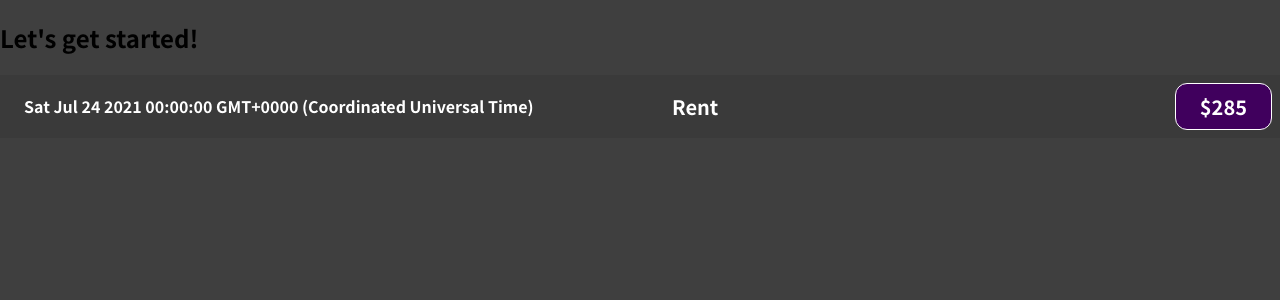
Repository: pial0007l/React
Page: / (app in 01-starting-setup/)
The author's editor kept a copy of each file at every save. The page is drawn from the files as they stood at one save, then again after the next save.
The browser window is 1280 px wide. The pictures show the whole page.
The project was rebuilt for these pictures with package versions that can differ from the ones it lists, and the page was loaded fresh each time.

Above is the page before, as saved 2021-06-24 12:47:14.

### 01-starting-setup/src/App.js
import ExpenseItem from './components/ExpenseItem'

function App() {
  const expenses = [
    {
      id: 'e1',
      title: 'Toilet Paper',
      amount: 94.12,
      date: new Date(2020, 7, 14),
    },
    { id: 'e2', title: 'New TV', amount: 799.49, date: new Date(2021, 2, 12) },
    {
      id: 'e3',
      title: 'Car Insurance',
      amount: 294.67,
      date: new Date(2021, 2, 28),
    },
    {
      id: 'e4',
      title: 'New Desk (Wooden)',
      amount: 450,
      date: new Date(2021, 5, 12),
    },
  ];
  return (
    <div>
      <h2>Let's get started!</h2>
      <ExpenseItem></ExpenseItem>
    </div>
  );
}

export default App;

### 01-starting-setup/src/components/ExpenseItem.js
import './ExpenseItem.css'

function ExpenseItem(){
    const expenseDate = new Date(2021, 6, 24);
    const expenseTitle = "Rent";
    const expenseAmmount = 285;
    return (
        <div className="expense-item">
             <h2>{expenseDate.toString()}</h2>
             <div className='expense-item__description'>
                 <h2>{expenseTitle}</h2>
                 <div className='expense-item__price'>${expenseAmmount}</div>
             </div>
        </div>

    );
}

export default ExpenseItem;

### 01-starting-setup/src/components/Expenses/ExpenseItem.css
.expense-item {
    display: flex;
    justify-content: space-between;
    align-items: center;
    background-color: #3a3a3a;
    padding: 0.5rem;
    margin: 1rem 0;
  }

  .expense-item__description {
    display: flex;
    flex-direction: column;
    gap: 1rem;
    align-items: flex-end;
    flex-flow: column-reverse;
    justify-content: flex-start;
    flex: 1;
  }

  .expense-item h2 {
    color: #3a3a3a;
    font-size: 1rem;
    flex: 1;
    margin: 0 1rem;
    color: white;
  }

  .expense-item__price {
    font-size: 1rem;
    font-weight: bold;
    color: white;
    background-color: #40005d;
    border: 1px solid white;
    padding: 0.5rem;
    border-radius: 12px;
  }

  @media (min-width: 580px) {
    .expense-item__description {
      flex-direction: row;
      align-items: center;
      justify-content: flex-start;
      flex: 1;
    }

    .expense-item__description h2 {
      font-size: 1.25rem;
    }

    .expense-item__price {
      font-size: 1.25rem;
      padding: 0.5rem 1.5rem;
    }
  }

Loaded but not shown: 01-starting-setup/public/index.html (common file); 01-starting-setup/src/index.js (common file); 01-starting-setup/src/index.css (common file)

After the next save:
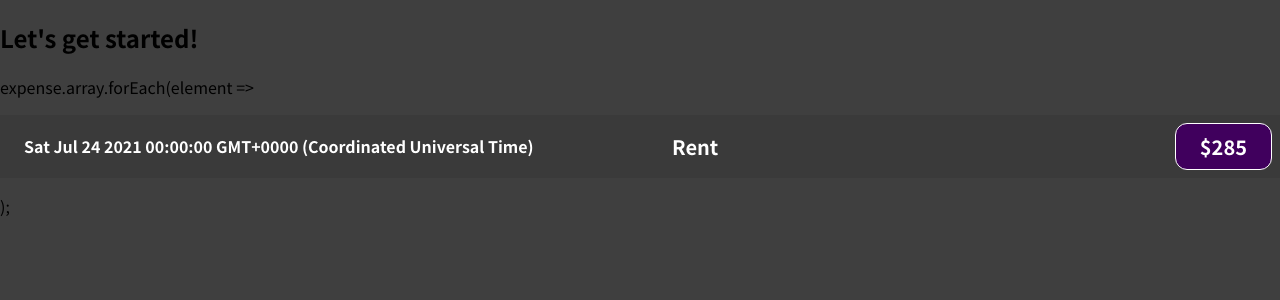
Saved 51 s later.
--- a/01-starting-setup/src/App.js
+++ b/01-starting-setup/src/App.js
@@ -25,7 +25,10 @@ function App() {
   return (
     <div>
       <h2>Let's get started!</h2>
-      <ExpenseItem></ExpenseItem>
+      expense.array.forEach(element => {
+           <ExpenseItem ></ExpenseItem>
+      });
+
     </div>
   );
 }
